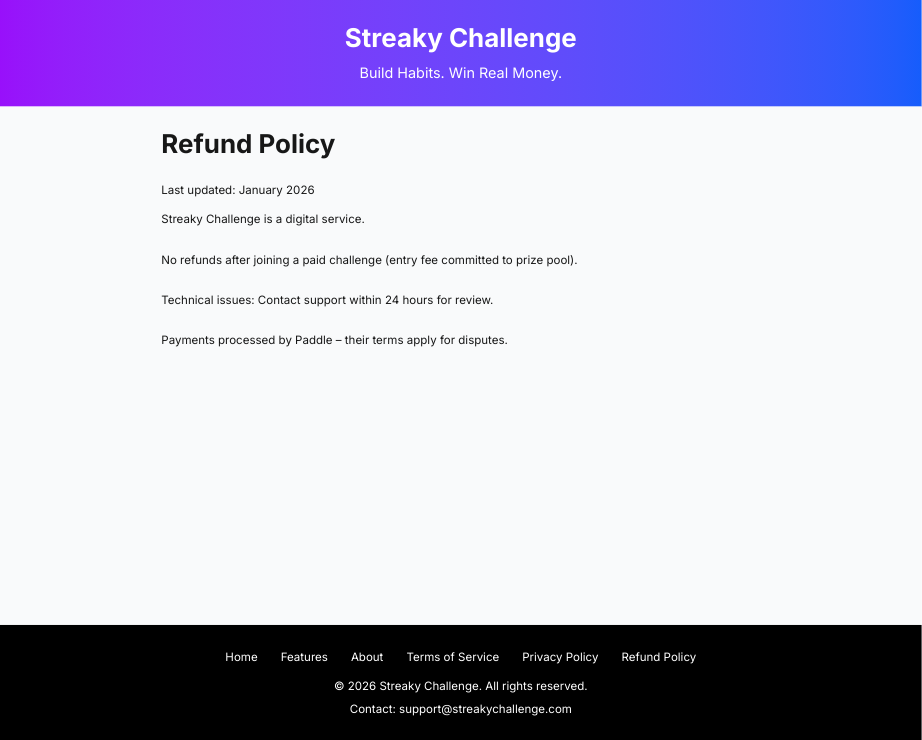
Repository: ZUBEYT/streaky-site
Page: /refund
An editor plug-in stored every save of this project. The page is shown before and after the next save, followed by the edit.
The browser window is 1280 px wide. The pictures show the whole page, at 72% of full size.
The project was rebuilt for these pictures with package versions that can differ from the ones it lists, and the page was loaded fresh each time. The framework's server and built-in components were replaced by stand-ins that run in the browser. Also part of the build but not shown: next.config.ts.

Above is the page before, as saved 2026-01-21 22:20:49.

### src/app/layout.tsx
import type { Metadata } from 'next';
import { Inter } from 'next/font/google';
import './globals.css';
import Link from 'next/link';

const inter = Inter({ subsets: ['latin'] });

export const metadata: Metadata = {
  title: 'Streaky Challenge',
  description: 'Build habits and win money with daily streaks!',
};

export default function RootLayout({
  children,
}: {
  children: React.ReactNode;
}) {
  return (
    <html lang="en">
      <body className={inter.className}>
        <header className="bg-gradient-to-r from-purple-600 to-blue-600 text-white p-8 text-center">
          <h1 className="text-4xl font-bold">Streaky Challenge</h1>
          <p className="text-xl mt-4">Build Habits. Win Real Money.</p>
        </header>

        <main className="min-h-screen bg-gray-50">
          {children}
        </main>

        <footer className="bg-black text-white p-8 text-center">
          <div className="mb-4">
            <Link href="/" className="mx-4 hover:underline">Home</Link>
            <Link href="/features" className="mx-4 hover:underline">Features</Link>
            <Link href="/about" className="mx-4 hover:underline">About</Link>
            <Link href="/terms" className="mx-4 hover:underline">Terms of Service</Link>
            <Link href="/privacy" className="mx-4 hover:underline">Privacy Policy</Link>
            <Link href="/refund" className="mx-4 hover:underline">Refund Policy</Link>
          </div>
          <p>© 2026 Streaky Challenge. All rights reserved.</p>
          <p className="mt-2">Contact: support@streakychallenge.com</p>
        </footer>
      </body>
    </html>
  );
};

### src/app/refund/page.tsx
export default function Refund() {
    return (
        <div className="max-w-4xl mx-auto p-8">
            <h1 className="text-4xl font-bold mb-8">Refund Policy</h1>
            <p className="mb-4">Last updated: January 2026</p>
            <p className="mb-8">Streaky Challenge is a digital service.</p>
            <p className="mb-8">No refunds after joining a paid challenge (entry fee committed to prize pool).</p>
            <p className="mb-8">Technical issues: Contact support within 24 hours for review.</p>
            <p>Payments processed by Paddle – their terms apply for disputes.</p>
        </div>
    );
}

Loaded but not shown: src/app/globals.css (common file)

After the next save:
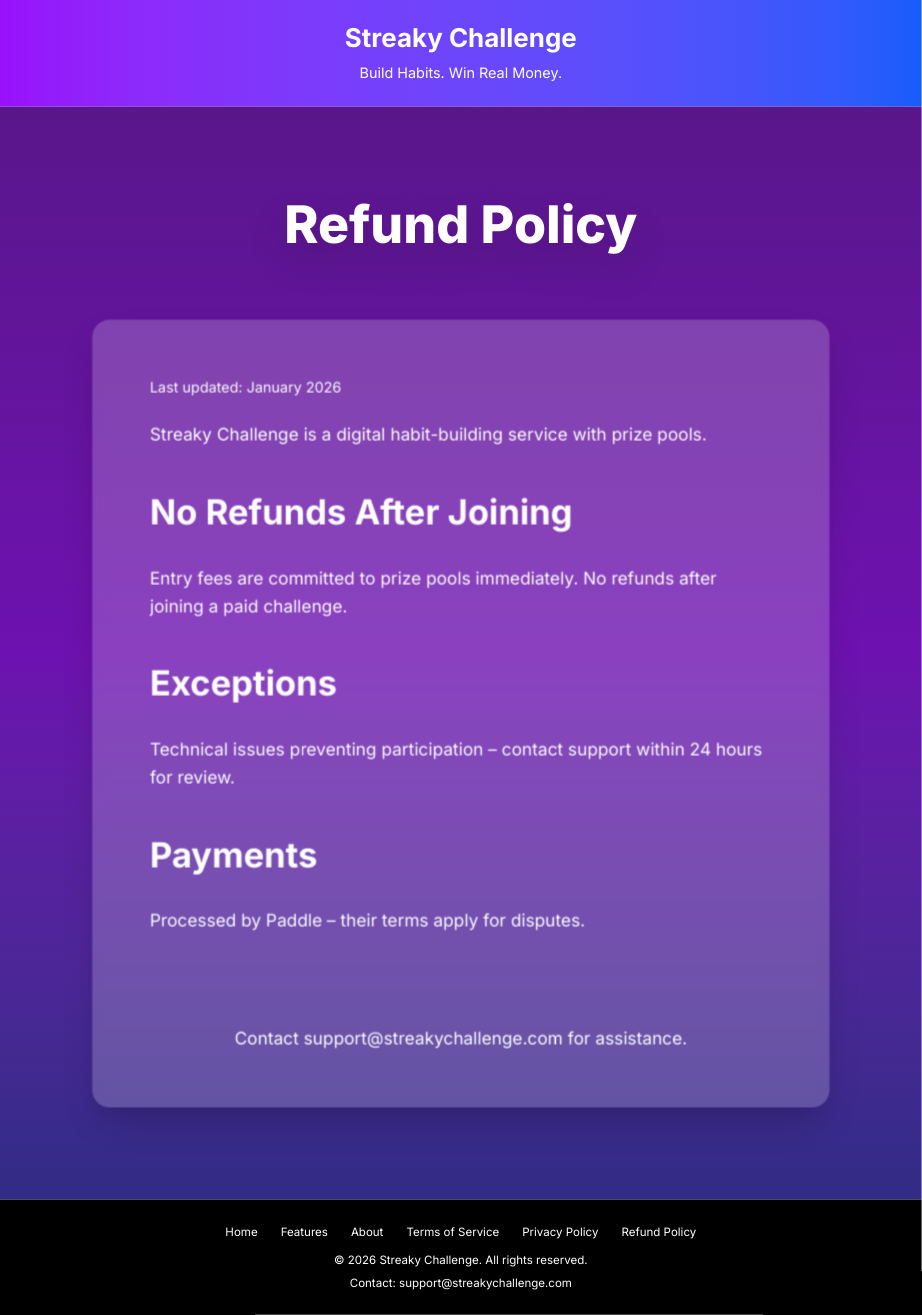
Saved 20 s later.
--- a/src/app/refund/page.tsx
+++ b/src/app/refund/page.tsx
@@ -1,12 +1,33 @@
 export default function Refund() {
     return (
-        <div className="max-w-4xl mx-auto p-8">
-            <h1 className="text-4xl font-bold mb-8">Refund Policy</h1>
-            <p className="mb-4">Last updated: January 2026</p>
-            <p className="mb-8">Streaky Challenge is a digital service.</p>
-            <p className="mb-8">No refunds after joining a paid challenge (entry fee committed to prize pool).</p>
-            <p className="mb-8">Technical issues: Contact support within 24 hours for review.</p>
-            <p>Payments processed by Paddle – their terms apply for disputes.</p>
+        <div className="min-h-screen bg-gradient-to-b from-purple-900 via-purple-800 to-indigo-900 text-white py-32 px-8">
+            <div className="max-w-5xl mx-auto">
+                <h1 className="text-7xl font-extrabold text-center mb-24 drop-shadow-2xl">Refund Policy</h1>
+
+                <div className="bg-white/20 p-20 rounded-3xl backdrop-blur shadow-2xl">
+                    <p className="text-xl mb-8">Last updated: January 2026</p>
+                    <p className="text-2xl leading-relaxed mb-16">
+                        Streaky Challenge is a digital habit-building service with prize pools.
+                    </p>
+
+                    <h2 className="text-5xl font-bold mb-12">No Refunds After Joining</h2>
+                    <p className="text-2xl leading-relaxed mb-16">
+                        Entry fees are committed to prize pools immediately. No refunds after joining a paid challenge.
+                    </p>
+
+                    <h2 className="text-5xl font-bold mb-12">Exceptions</h2>
+                    <p className="text-2xl leading-relaxed mb-16">
+                        Technical issues preventing participation – contact support within 24 hours for review.
+                    </p>
+
+                    <h2 className="text-5xl font-bold mb-12">Payments</h2>
+                    <p className="text-2xl leading-relaxed mb-32">
+                        Processed by Paddle – their terms apply for disputes.
+                    </p>
+
+                    <p className="text-2xl text-center">Contact support@streakychallenge.com for assistance.</p>
+                </div>
+            </div>
         </div>
     );
 }
